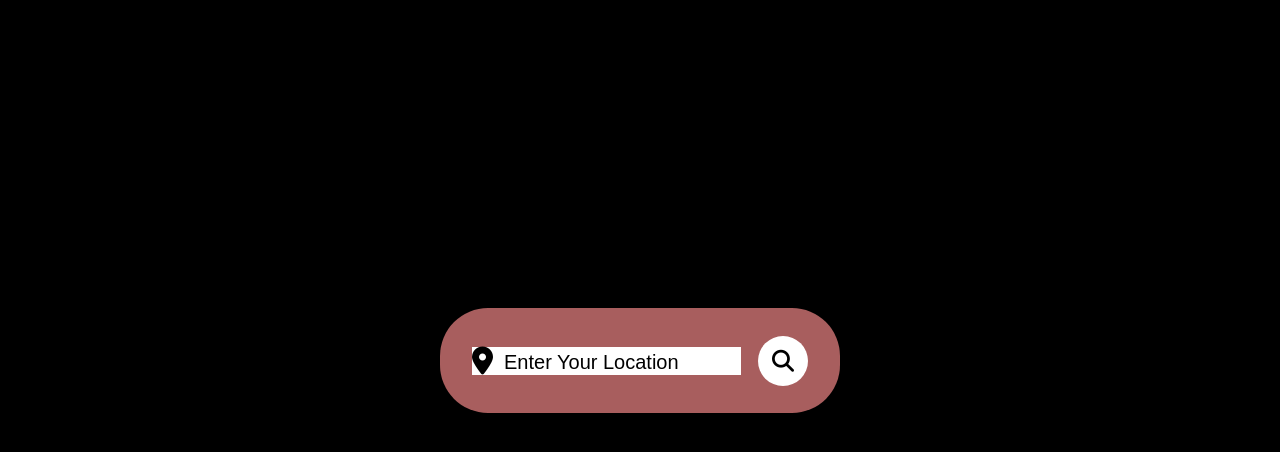
Repository: Pr1s0n3r627/weather
Page: index.html
The author's editor kept a copy of each file at every save. The page is drawn from the files as they stood at one save, then again after the next save.
The browser window is 1280 px wide. The pictures show the whole page.
Some web libraries are served in a nearby version.

Above is the page before, as saved 2024-05-19 00:14:55.

After the next save:
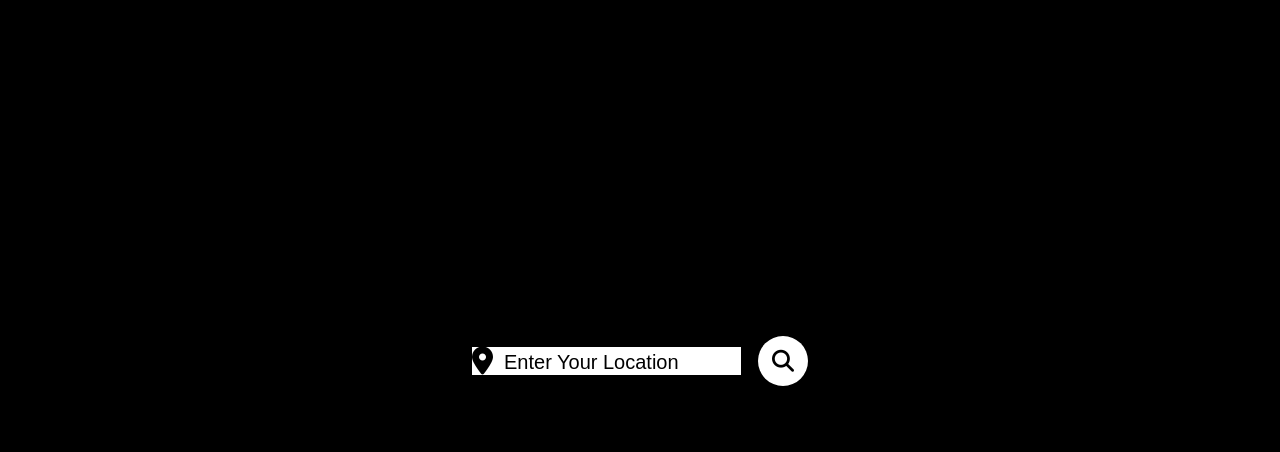
Saved 17 s later.
--- a/style.css
+++ b/style.css
@@ -18,11 +18,10 @@ body{
     position: relative;
     width: 400px;
     height: 105px;
-    background: #a85e5e;
+    background: #000000;
     padding: 28px 32px;
     overflow: hidden;
-    border-radius: 48px;
-    border-color: white;
+    border-radius: 18px;
     font-family: 'Roboto', sans-serif;
     transition: 0.6s ease-out;
 }
